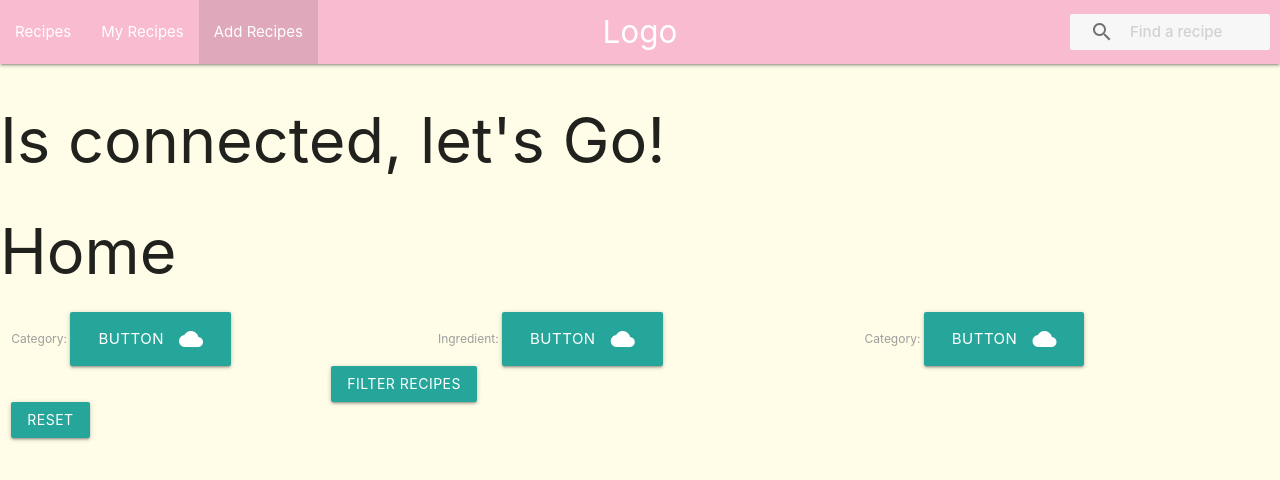
Repository: pazcm/cook-book
Page: templates/home.html
The author's editor kept a record of every edit. The page is drawn from the files as they stood at one moment, then again after the next edit.
The browser window is 1280 px wide. The pictures show the whole page.
Some web libraries are served in a nearby version. The page is served by the project's application, run on Flask 3 (app.py). The template is opened directly, without the code that normally fills it, so the values that code supplies are empty.

Above is the page before.

### templates/home.html
{% extends 'base.html' %}
{% block content %}
<h1>Home</h1>
    <div class="row">
        <form action="/list_recipes" class="form-container" method="POST">
    <div class="form-row">
        <div class="col s12 offset-m4 l4 form-filter">
            <label for="category" class="category-filter">Category: </label>
                <a class="waves-effect waves-light btn-large"><i class="material-icons right">cloud</i>button</a>
        </div>
        <div class="col s12 offset-m4 l4 form-filter">
            <label for="category" class="category-filter">Ingredient: </label>
                <a class="waves-effect waves-light btn-large"><i class="material-icons right">cloud</i>button</a>
        </div>
        <div class="col s12 offset-m4 l4 form-filter">
            <label for="category" class="category-filter">Category: </label>
                <a class="waves-effect waves-light btn-large"><i class="material-icons right">cloud</i>button</a>
        </div>
    </div>
        <!-- submit / reset -->
        <div class="form-row">
            <div class="col s6 m6 offset-l3 l3">
                <button class="btn btn-filter" type="Submit">Filter Recipes</button>
            </div>
            <div class="col s12 m-6 l-3">
                <button href="{{url_for('list_recipes', recipes=recipes, category=category, ingredient=ingredient, cuisine=cuisine)}}" class="btn">Reset</button>
            </div>
        </div>
    </form>
    </div>
{% endblock %}

### templates/base.html
<!DOCTYPE html>
<html lang="en">
<html>
    <head>
        <meta charset="UTF-8">
        <meta name="viewport" content="width=device-width, initial-scale=1.0">
        <meta http-equiv="X-UA-Compatible" content="ie=edge">
        <!-- fonts icons -->
        <link href="https://fonts.googleapis.com/icon?family=Material+Icons" rel="stylesheet">
        <link href="https://stackpath.bootstrapcdn.com/font-awesome/4.7.0/css/font-awesome.min.css">
        <!-- Materialize -->
        <link rel="stylesheet" href="https://cdnjs.cloudflare.com/ajax/libs/materialize/1.0.0/css/materialize.min.css">
        <!-- custom CSS -->
        <link rel="stylesheet" href="{{ url_for('static', filename='css/style.css') }}" type="text/css" />

        <title>Cook Book app</title>
    </head>
    <body>
        <!-- Header - Navigation bar -->
        <nav>
            <div class="nav-wrapper">
            <!--sidenav-->
                <ul id="slide-out" class="sidenav">
                    <li>
                        <div class="user-view">
                            <div class="background">
                                <img src="static/images/yellow-unsplash.jpg">
                            </div>
                            <a href="#user"><img class="circle" src="static/images/toa-unsplash.jpg"></a>
                            <a href="#name"><span class="white-text name">Mary Jane</span></a>
                            <a href="#email"><span class="white-text email">maryjane@example.com</span></a>
                        </div>
                    </li>
                    <li><a href="#!"><i class="material-icons">local_dining</i>Link Logo Cook Book</a></li>
                    <li>
                        <div class="divider"></div>
                    </li>
                    <li><a class="subheader">Browse</a></li>
                    <li><a class="waves-effect" href="#!">Recipes</a></li>
                    <li><a class="waves-effect" href="#!">My Recipes</a></li>
                    <li><a class="waves-effect" href="#!">Add Recipes</a></li>
                </ul>
                <a href="#" data-target="slide-out" class="sidenav-trigger"><i class="material-icons">menu</i></a>
                <!--end sidenav-->

                <!--navbar menu-->
                <a href="#" class="brand-logo center">Logo</a>
                <ul id="nav-mobile" class="left hide-on-med-and-down">
                    <li><a href="templates/recipes.html">Recipes</a></li>
                    <li><a href="templates/my-recipes.html">My Recipes</a></li>
                    <li class="active"><a href="templates/add-recipes.html">Add Recipes</a></li>
                </ul>
                <div class="search-box">
                        <form action="" class="browser-default right">
                            <input id="search-input" placeholder="Find a recipe" type="text" class="browser-default search-field" name="q" value="" autocomplete="off" aria-label="Search box">
                            <label for="search-input"><i class="material-icons search-icon active">search</i></label>
                      </form>
                </div>
            </div>
            <!--end navebar menu-->
        </nav>
        <h1>Is connected, let's Go!</h1>
        {% block content %}
        {% endblock %}


        <!-- jQuery-->
        <script src="https://cdnjs.cloudflare.com/ajax/libs/jquery/3.2.1/jquery.min.js"></script>
        <!-- Compiled and minified JavaScript -->
        <script src="https://cdnjs.cloudflare.com/ajax/libs/materialize/1.0.0/js/materialize.min.js"></script>

        <!-- Collapsible Sidenav  -->
        <script type="text/javascript">
             $(document).ready(function () {
                    $('.sidenav').sidenav();
                });
        </script>

        <!--search box-->
        <script type="text/javascript">
            /* hide when expanded*/
document.querySelector(".search-field").addEventListener("focus", function() {
  let hidden = document.querySelectorAll(".search-hide");

  for (let i = 0; i < hidden.length; ++i) {
    hidden[i].style.display = "none";
  }
});

/* show when expanded*/
document.querySelector(".search-field")
  .addEventListener("focusout", function() {
    let hidden = document.querySelectorAll(".search-icon");
    for (let i = 0; i < hidden.length; ++i) {
      hidden[i].style.display = "block";
    }
  });


        </script>
    </body>
</html>

### app.py
import os
from flask import Flask, render_template, redirect, request, url_for
from flask_pymongo import PyMongo
from bson.objectid import ObjectId

app = Flask(__name__)
app.config["MONGO_DBNAME"] = 'cook-book-db'
app.config["MONGO_URI"] = 'mongodb+srv://root:r00tUser@cluster2-6phdr.mongodb.net/cook-book-db?retryWrites=true&w=majority'

mongo = PyMongo(app)


@app.route('/')
@app.route('/get_recipe')
def get_recipe():
    return render_template("recipes.html", recipes=mongo.db.recipes.find())


if __name__ == '__main__':
    app.run(host=os.environ.get('IP'),
            port=int(os.environ.get('PORT')),
            debug=True)

### static/css/style.css
body {
  background-color: #fffde7;
}

nav .nav-wrapper {
  background-color: #f8bbd0;
  margin-right: 0;
}

/* search box */

nav .search-box {
  position: relative;
  height: 100%;
  margin-right: 10px;
}

input.search-field {
  width: 1px;
  margin-right: 0;
  padding: 10px 25px;
  font-weight: 500;
  color: rgba(0, 0, 0, 0.54);
  border-radius: 2px;
  border: 0;
  height: 36px;
  background: #f7f7f7;
  transition: background 0.2s, width .2s;
}

input.search-field:hover {
  background: #ebebeb;
}

input.search-field:focus {
  width: 100vw;
  padding: 8px 8px 8px 50px;
}

.search-icon {
  position: absolute;
  top: 0;
  padding-left: 15px;
  color: rgba(0, 0, 0, 0.54);
}



/* Media queries */
@media (min-width: 600px) {

  /* search box */

  input.search-field {
    padding: 8px 8px 8px 60px;
    width: 200px;
  }

  input.search-field:focus {
    width: 100%;

  }

  .search-icon {
    padding-left: 20px;
  }

}

After the next edit:
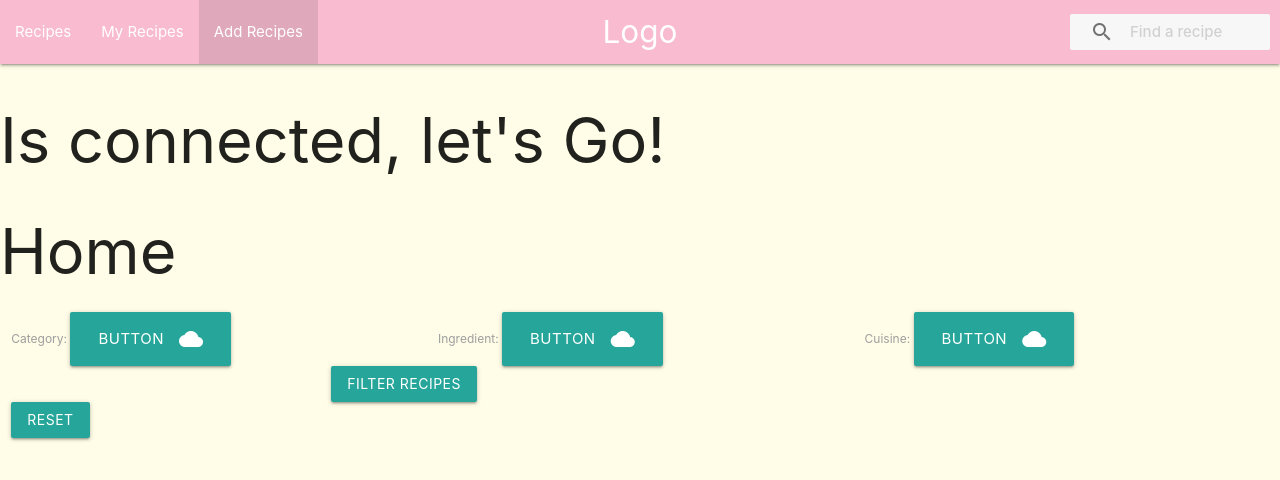
The edit:
--- a/templates/home.html
+++ b/templates/home.html
@@ -13,7 +13,7 @@
                 <a class="waves-effect waves-light btn-large"><i class="material-icons right">cloud</i>button</a>
         </div>
         <div class="col s12 offset-m4 l4 form-filter">
-            <label for="category" class="category-filter">Category: </label>
+            <label for="category" class="category-filter">Cuisine: </label>
                 <a class="waves-effect waves-light btn-large"><i class="material-icons right">cloud</i>button</a>
         </div>
     </div>
